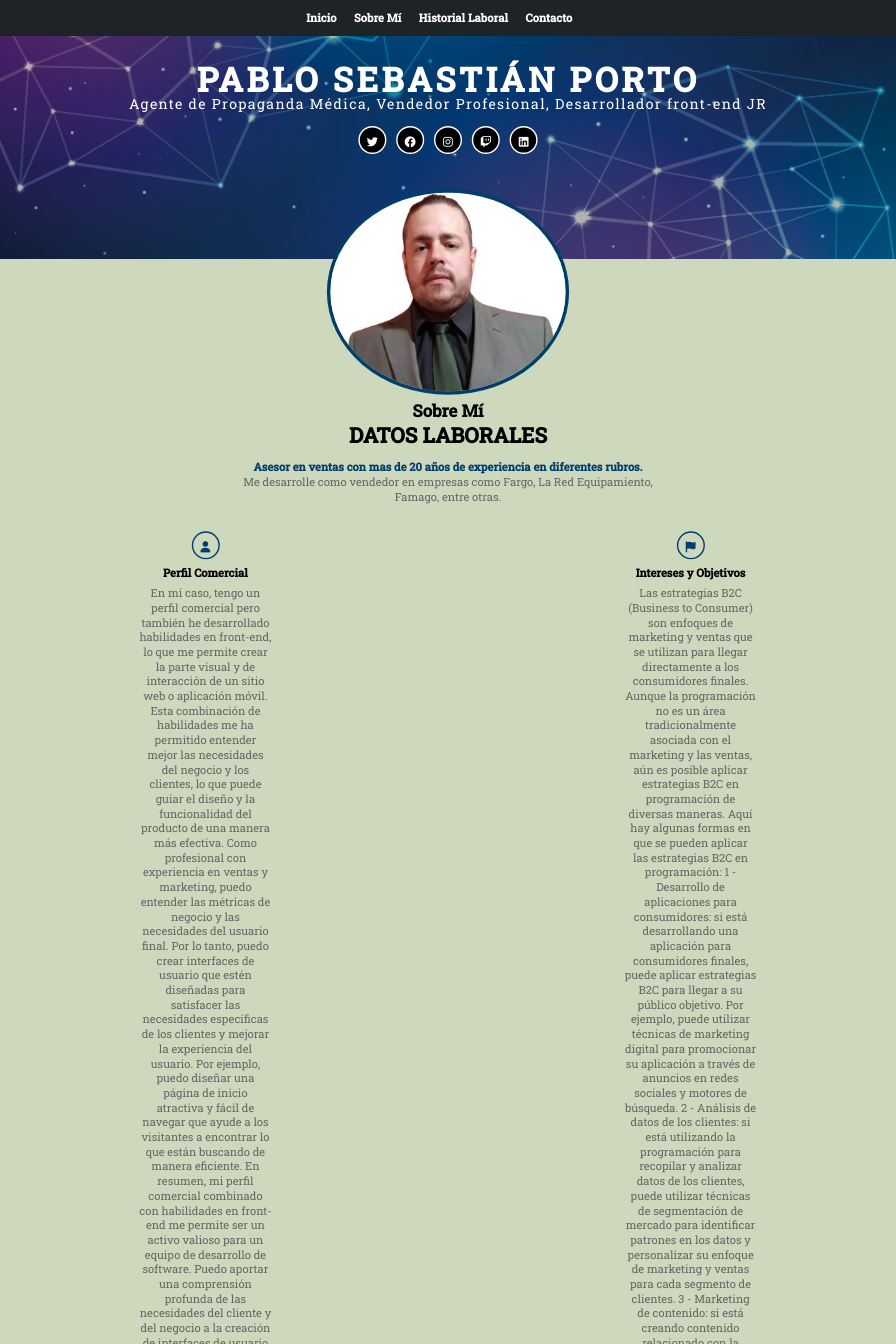
Repository: PabloSebastianPorto/Entrega-CV-1-ARG-PROG
Page: CVFINAL/CVfinal.HTML
An editor plug-in stored every save of this project. The page is shown before and after the next save, followed by the edit.
The browser window is 1280 px wide. The pictures show the part of the page from y = 0 to 1920 px (the page is 4143 px tall before and 4122 px after), at 70% of full size.
Some web libraries are served in a nearby version.

Above is the page before, as saved 2023-02-28 12:39:42.
Console error: TypeError: Cannot read properties of null (reading 'appendChild')

### CVFINAL/CVfinal.HTML
<!DOCTYPE html>
<html lang="es">
  <head>
    <meta charset="UTF-8" />
    <meta http-equiv="X-UA-Compatible" content="IE=edge" />
    <meta name="viewport" content="width=device-width, initial-scale=1.0" />
    <title>Document</title>
    <link
      rel="stylesheet"
      href="https://cdnjs.cloudflare.com/ajax/libs/font-awesome/6.3.0/css/all.min.css"
      integrity="sha512-SzlrxWUlpfuzQ+pcUCosxcglQRNAq/DZjVsC0lE40xsADsfeQoEypE+enwcOiGjk/bSuGGKHEyjSoQ1zVisanQ=="
      crossorigin="anonymous"
      referrerpolicy="no-referrer"
    />
    <link rel="stylesheet" href="CVfinal.css" />
    <title>CV Pablo Sebastián Porto</title>
  </head>
  <body>
    <section class="inicio" id="inicio">
      <div class="contenido-seccion">
        <header>
          <div class="nav-clas"></div>
          <i class="fa-solid fa-bars"></i>
          <nav id="nav" class="nav">
            <a href="#Inicio">Inicio</a>
            <a href="#Sobre Mí">Sobre Mí</a>
            <a href="#Historial">Historial Laboral</a>
            <a href="#Contacto">Contacto</a>
          </nav>
        </header>
        <div class="info">
          <h1>PABLO SEBASTIÁN PORTO</h1>
          <h2>
            Agente de Propaganda Médica, Vendedor Profesional, Desarrollador
            front-end JR
          </h2>
          <div class="redes">
            <a href="#"><i class="fa-brands fa-twitter"></i></a>
            <a href="#"><i class="fa-brands fa-facebook"></i></a>
            <a href="#"><i class="fa-brands fa-instagram"></i></a>
            <a href="#"><i class="fa-brands fa-twitch"></i></a>
            <a href="#"><i class="fa-brands fa-linkedin"></i></a>
          </div>
        </div>
        <div class="foto">
          <img
            src="IMG/CVfoto.jpg"
            alt="Aca va una imagen, pero se la robaron"
          />
        </div>
      </div>
    </section>
    <section class="sobremi" id="sobremi">
      <div class="contenido-seccion">
        <h2 class="titulo-seccion">Sobre Mí</h2>
        <h3>Datos Laborales</h3>
        <p class="especial">
          Asesor en ventas con mas de 20 años de experiencia en diferentes
          rubros.
        </p>
        <p>
          Me desarrolle como vendedor en empresas como Fargo, La Red
          Equipamiento, Famago, entre otras.
        </p>
        <div class="fila">
          <div class="col">
            <i class="fa-solid fa-user"></i>
            <span class="titulo-detalle">Perfil Comercial</span>
            <p>
              En mi caso, tengo un perfil comercial pero también he desarrollado
              habilidades en front-end, lo que me permite crear la parte visual
              y de interacción de un sitio web o aplicación móvil. Esta
              combinación de habilidades me ha permitido entender mejor las
              necesidades del negocio y los clientes, lo que puede guiar el
              diseño y la funcionalidad del producto de una manera más efectiva.
              Como profesional con experiencia en ventas y marketing, puedo
              entender las métricas de negocio y las necesidades del usuario
              final. Por lo tanto, puedo crear interfaces de usuario que estén
              diseñadas para satisfacer las necesidades específicas de los
              clientes y mejorar la experiencia del usuario. Por ejemplo, puedo
              diseñar una página de inicio atractiva y fácil de navegar que
              ayude a los visitantes a encontrar lo que están buscando de manera
              eficiente. En resumen, mi perfil comercial combinado con
              habilidades en front-end me permite ser un activo valioso para un
              equipo de desarrollo de software. Puedo aportar una comprensión
              profunda de las necesidades del cliente y del negocio a la
              creación de interfaces de usuario atractivas y efectivas que
              satisfagan los objetivos comerciales y las necesidades de los
              usuarios finales.
            </p>
          </div>
          <div class="col">
            <i class="fa-solid fa-flag"></i>
            <span class="titulo-detalle">Intereses y Objetivos</span>
            <p>
              Las estrategias B2C (Business to Consumer) son enfoques de
              marketing y ventas que se utilizan para llegar directamente a los
              consumidores finales. Aunque la programación no es un área
              tradicionalmente asociada con el marketing y las ventas, aún es
              posible aplicar estrategias B2C en programación de diversas
              maneras. Aquí hay algunas formas en que se pueden aplicar las
              estrategias B2C en programación: 1 - Desarrollo de aplicaciones
              para consumidores: si está desarrollando una aplicación para
              consumidores finales, puede aplicar estrategias B2C para llegar a
              su público objetivo. Por ejemplo, puede utilizar técnicas de
              marketing digital para promocionar su aplicación a través de
              anuncios en redes sociales y motores de búsqueda. 2 - Análisis de
              datos de los clientes: si está utilizando la programación para
              recopilar y analizar datos de los clientes, puede utilizar
              técnicas de segmentación de mercado para identificar patrones en
              los datos y personalizar su enfoque de marketing y ventas para
              cada segmento de clientes. 3 - Marketing de contenido: si está
              creando contenido relacionado con la programación, puede aplicar
              estrategias B2C para llegar a su audiencia objetivo. Por ejemplo,
              puede utilizar técnicas de SEO para optimizar su contenido para
              los motores de búsqueda y atraer a más consumidores finales. 4 -
              Comunicación directa con los clientes: si está desarrollando
              software o aplicaciones para empresas que luego serán utilizadas
              por consumidores finales, puede aplicar estrategias B2C para
              mejorar la comunicación directa con los clientes. Por ejemplo,
              puede utilizar herramientas de chat en vivo para permitir que los
              clientes se comuniquen directamente con su equipo de soporte
              técnico. En resumen, aunque la programación no está directamente
              relacionada con el marketing y las ventas, aún es posible aplicar
              estrategias B2C en programación para llegar a los consumidores
              finales de diversas maneras.
            </p>
          </div>
        </div>
      </div>
    </section>
    <section class="resumen" id="resumen">
      <div class="contenido-seccion">
        <h2 class="titulo-seccion">Resumen</h2>
        <h3>Mi preparación y experiencia</h3>
        <div class="info">
          <div class="col">
            <span class="titulo">Educación</span>
            <table>
              <tr>
                <td class="datos">
                  <h3>2000 - 2003</h3>
                </td>
                <td rowspan="2" class="descripcion">
                  El Agente de Propaganda Médica (APM) es una persona capacitada para realizar la gestión estratégica de marketing, la aplicación de tácticas y estrategias comerciales y la identificación de requerimientos acerca de novedades farmacológicas solicitadas por los profesionales médicos.
                </td>
              </tr>
              <tr>
                <td>
                  <h4>Agente de Propaganda Médica</h4>
                  <p>Instituto de Agentes de Propaganda Médica</p>
                  <span class="promedio">4.2 / 5</span>
                </td>
              </tr>
            </table>
            <table>
              <tr>
                <td class="datos">
                  <h3>2022 - 2023</h3>
                </td>
                <td rowspan="2" class="descripcion">
                  Estudiante de programación FullStack en el programa nacional "Argentina Programa 4.0" junto a la Academia Ticmas.
                </td>
              </tr>
              <tr>
                <td>
                  <h4>Programador FS en curso</h4>
                  <p>Argentina Programa</p>
                  </td>
              </tr>
            </table>
          </div>
          <div class="col">
            <span class="titulo">Experiencia Laboral</span>
            <table>
              <tr>
                <td class="datos">
                  <h3>13 Años</h3>
                </td>
                <td rowspan="2" class="descripcion">
                  Fargo es el principal productor y distribuidor de pan y productos de panificación en Argentina, la empresa vende sus productos bajo las marcas FARGO®, LACTAL® y ALL NATURAL®, entre otras, por los canales de mayoreo, minoristas e institucionales.
                </td>
              </tr>
              <tr>
                <td>
                  <h4>Fargo</h4>
                  <p>Vendedor</p>
                </td>
              </tr>
            </table>
            <table>
              <tr>
                <td class="datos">
                  <h3>6 Años</h3>
                </td>
                <td rowspan="2" class="descripcion">
                  Empresas líderes en equipamiento comercial, gastronómico y linea de hogar.
                </td>
              </tr>
              <tr>
                <td>
                  <h4>La Red, Famago.</h4>
                  <p>Jefe de Ventas</p>
                </td>
              </tr>
            </table>
          </div>
        </div>
      </div>
    </section>
    <section class="contacto" id="contacto">
      <div class="contenido-seccion">
        <h2 class="titulo-seccion">Contacto</h2>
        <h3>Comunicate conmigo ahora mismo!</h3>

        <div class="fila">
          <div class="col">
            <h2><i class="fa-solid fa-phone"></i> Teléfono</h2>
            <span class="info-contacto">3413152496</span>
          </div>
          <div class="col">
            <h2><i class="fa-solid fa-envelope"></i> Correo</h2>
            <span class="info-contacto">pablosebastianporto@gmail.com</span>
          </div>
         </div>
      </div>
    </section>
    </section>
    <script src="CV2.js"></script>
  </body>
</html>

### CVFINAL/CVfinal.css
@import url("https://fonts.googleapis.com/css2?family=Roboto+Slab:wght@100;200;300;400;500&display=swap");
* {
  box-sizing: border-box;
  font-family: "Roboto Slab", serif;
  margin: 0;
  padding: 0;
}
html {
  box-sizing: border-box;
  font-family: "Roboto Slab", serif;
  margin: 0;
  padding: 0;
}
html {
  scroll-behavior: smooth;
}
.inicio {
  background: linear-gradient(rgba(0, 0, 0, 0.3), rgba(0, 0, 0, 0.3)),
    url(IMG/imagen-fondo.jpg);
  background-size: cover;
  background-position: center center;
  color: #ffffff;
}
.inicio .contenido-seccion {
  max-width: 1000px;
  margin: auto;
  text-align: center;
  padding: 0 10px;
}
.inicio .contenido-seccion header {
  padding: 30px;
}
.inicio .contenido-seccion header nav {
  background: #1e2326;
  position: fixed;
  width: 100%;
  top: 0;
  left: 0;
  z-index: 99;
  display: flex;
  justify-content: center;
}
.inicio .contenido-seccion header nav a {
  display: block;
  color: #ffffff;
  text-decoration: none;
  margin-bottom: 15px;
  margin-top: 15px;
  margin-right: 25px;
  font-weight: bold;
}
.inicio .contenido-seccion header nav a:hover {
  color: #ced8bc;
  transition: color 0.3s ease;
}
.inicio .contenido-seccion .info {
  padding-bottom: 130px;
}
.inicio .contenido-seccion .info h1 {
  font-size: 3rem;
  letter-spacing: 5px;
}
.inicio .contenido-seccion .info h2 {
  font-weight: normal;
  font-size: 20px;
  margin-top: -10px;
  letter-spacing: 2px;
}
.inicio .contenido-seccion .info .redes {
  margin: 20px 0;
}
.inicio .contenido-seccion .info .redes a {
  display: inline-block;
  text-decoration: none;
  background-color: #000;
  color: #ffffff;
  border: 2px solid #ffffff;
  border-radius: 50%;
  width: 40px;
  height: 40px;
  line-height: 40px;
  margin: 0 5px;
  transition: 0.3s;
}
.inicio .contenido-seccion .info .redes a:hover {
  color: #fff;
  background-color: #003e6c;
  box-shadow: 0 0 20px #fff;
}
.inicio .contenido-seccion .foto {
  position: relative;
}
.inicio .contenido-seccion .foto img {
  max-width: 350px;
  max-height: 350px;
  border-radius: 50%;
  border: 5px solid #003e6c;
  position: absolute;
  left: 50%;
  top: -100px;
  transform: translateX(-50%);
}
.sobremi {
  background-color: #ced8bc;
  padding: 200px 0 200px 0;
  text-align: center;
}
.sobremi .contenido-seccion {
  max-width: 3000px;
  margin: auto;
  padding: 0 10px;
}
.sobremi .contenido-seccion h3 {
  text-transform: uppercase;
  font-size: 30px;
}
.sobremi .contenido-seccion .especial {
  color: #003e6c;
  font-weight: bold;
  margin-top: 15px;
}
.sobremi .contenido-seccion p {
  max-width: 1000px;
  margin: auto;
  color: #666;
  padding-left: 5cm;
  padding-right: 5cm;
}
.sobremi .contenido-seccion .fila {
  display: flex;
  margin-top: 40px;
  justify-content: space-between;
}
.sobremi .contenido-seccion .fila .col {
  width: 45%;
}
.sobremi .contenido-seccion .fila .col i {
  color: #003e6c;
  display: inline-block;
  width: 40px;
  height: 40px;
  border: 2px solid #003e6c;
  line-height: 40px;
  border-radius: 50%;
}
.sobremi .contenido-seccion .fila .col span {
  display: block;
  font-weight: bold;
  margin: 8px 0;
}
.resumen {
  background-color: #e6e6e6;
  padding: 140px 0 100px 0;
  text-align: center;
}
.resumen .contenido-seccion {
  max-width: 1000px;
  margin: auto;
  padding: 0 10px;
}
.resumen .contenido-seccion h3 {
  text-transform: uppercase;
  font-size: 30px;
}
.resumen .contenido-seccion .info {
  text-align: left;
  display: flex;
  justify-content: space-between;
  margin-top: 30px;
}
.resumen .contenido-seccion .info .col {
  width: 45%;
}
.resumen .contenido-seccion .info .col .titulo {
  display: inline-block;
  color: #003e6c;
  font-weight: bold;
  border: 2px solid #003e6c;
  padding: 10px;
}
.resumen .contenido-seccion .info .col table {
  margin-top: 30px;
  border-collapse: collapse;
}
.resumen .contenido-seccion .info .col table .datos {
  width: 40%;
  border-bottom: 1px solid #bab9b9;
}
.resumen .contenido-seccion .info .col table h4 {
  margin-top: 10px;
}
.resumen .contenido-seccion .info .col table h3 {
  font-size: 20px;
  margin-bottom: 5px;
}
.resumen .contenido-seccion .info .col table p {
  font-size: 14px;
}
.resumen .contenido-seccion .info .col table .promedio {
  display: block;
  color: #003e6c;
  margin-top: 10px;
  font-weight: bold;
}
.resumen .contenido-seccion .info .col table .descripcion {
  border-left: 1px solid #bab9b9;
  padding-left: 20px;
}
.contacto {
  background-color: #ced8bc;
  padding: 140px 0 100px 0;
  color: #000000;
  text-align: center;
}
.contacto .contenido-seccion {
  max-width: 1000px;
  margin: auto;
  padding: 0 10px;
}
.contacto .contenido-seccion h3 {
  text-transform: uppercase;
  font-size: 30px;
}
.contacto .contenido-seccion .fila {
  display: flex;
  justify-content: space-around;
}
.contacto .contenido-seccion .fila .col {
  margin-top: 50px;
}
.contacto .contenido-seccion .fila .col h2 {
  color: #003e6c;
}
@media screen and (max-width: 800px) {
  .habilidades .contenido-seccion .fila {
    display: block;
  }
  .habilidades .contenido-seccion .fila .col {
    width: 100%;
    text-align: center;
  }
  .habilidades .contenido-seccion .fila .col .cont-barra {
    justify-content: center;
  }
  .sobremi .contenido-seccion .fila {
    display: block;
  }
  .sobremi .contenido-seccion .fila .col {
    width: 80%;
    margin: auto;
    margin-top: 20px;
  }
  .resumen .contenido-seccion .info {
    display: block;
  }
  .resumen .contenido-seccion .info .col {
    width: 90%;
    margin: auto;
  }
  .resumen .contenido-seccion .info .col .titulo {
    display: block;
    text-align: center;
  }
  .resumen .contenido-seccion .info .col table {
    margin-top: 10px;
    margin-bottom: 30px;
  }
  .contacto .contenido-seccion .fila {
    display: block;
  }
}

### CVFINAL/CV2.js
var menu_visible = false;
let menu = document.getElementById("nav");
function mostrarOcultarMenu() {
  if (menu_visible == false) {
    //si esta oculto
    menu.style.display = "block";
    menu_visible = true;
  } else {
    menu.style.display = "none";
    menu_visible = false;
  }
}
//oculto el menu una vez que selecciono una opción
let links = document.querySelectorAll("nav a");
for (var x = 0; x < links.length; x++) {
  links[x].onclick = function () {
    menu.style.display = "none";
    menu_visible = false;
  };
}

//Creo las barritas de una barra particular identificada por su id
function crearBarra(id_barra) {
  for (i = 0; i <= 16; i++) {
    let div = document.createElement("div");
    div.className = "e";
    id_barra.appendChild(div);
  }
}

//selecciono todas las barras generales par aluego manipularlas
let html = document.getElementById("html");
crearBarra(html);
let javascript = document.getElementById("javascript");
crearBarra(javascript);
let wordpress = document.getElementById("wordpress");
crearBarra(wordpress);
let photoshop = document.getElementById("photoshop");
crearBarra(photoshop);
let php = document.getElementById("php");
crearBarra(php);
let ilustrator = document.getElementById("ilustrator");
crearBarra(ilustrator);

//Ahora voy a guardar la cantidad de barritas que se van a ir pintando por cada barar
//para eso utilizo un arreglo, cada posiciòn pertenece a un elemento
//comienzan en -1 porque no tiene ninguna pintada al iniciarse
let contadores = [-1, -1, -1, -1, -1, -1];
//esta variable la voy a utilizar de bandera para saber si ya ejecuto la animación
let entro = false;

//función que aplica las animaciones de la habilidades
function efectoHabilidades() {
  var habilidades = document.getElementById("habilidades");
  var distancia_skills =
    window.innerHeight - habilidades.getBoundingClientRect().top;
  if (distancia_skills >= 300 && entro == false) {
    entro = true;
    const intervalHtml = setInterval(function () {
      pintarBarra(html, 16, 0, intervalHtml);
    }, 100);
    const intervalJavascript = setInterval(function () {
      pintarBarra(javascript, 11, 1, intervalJavascript);
    }, 100);
    const intervalWordpress = setInterval(function () {
      pintarBarra(wordpress, 11, 2, intervalWordpress);
    }, 100);
    const intervalPhotoshop = setInterval(function () {
      pintarBarra(photoshop, 15, 3, intervalPhotoshop);
    }, 100);
    const intervalPhp = setInterval(function () {
      pintarBarra(php, 16, 4, intervalPhp);
    }, 100);
    const intervalIlustrator = setInterval(function () {
      pintarBarra(ilustrator, 11, 5, intervalIlustrator);
    }, 100);
  }
}

//lleno una barra particular con la cantidad indicada
function pintarBarra(id_barra, cantidad, indice, interval) {
  contadores[indice]++;
  x = contadores[indice];
  if (x < cantidad) {
    let elementos = id_barra.getElementsByClassName("e");
    elementos[x].style.backgroundColor = "#940253";
  } else {
    clearInterval(interval);
  }
}

//detecto el scrolling del mouse para aplicar la animación de la barra
window.onscroll = function () {
  efectoHabilidades();
};

After the next save:
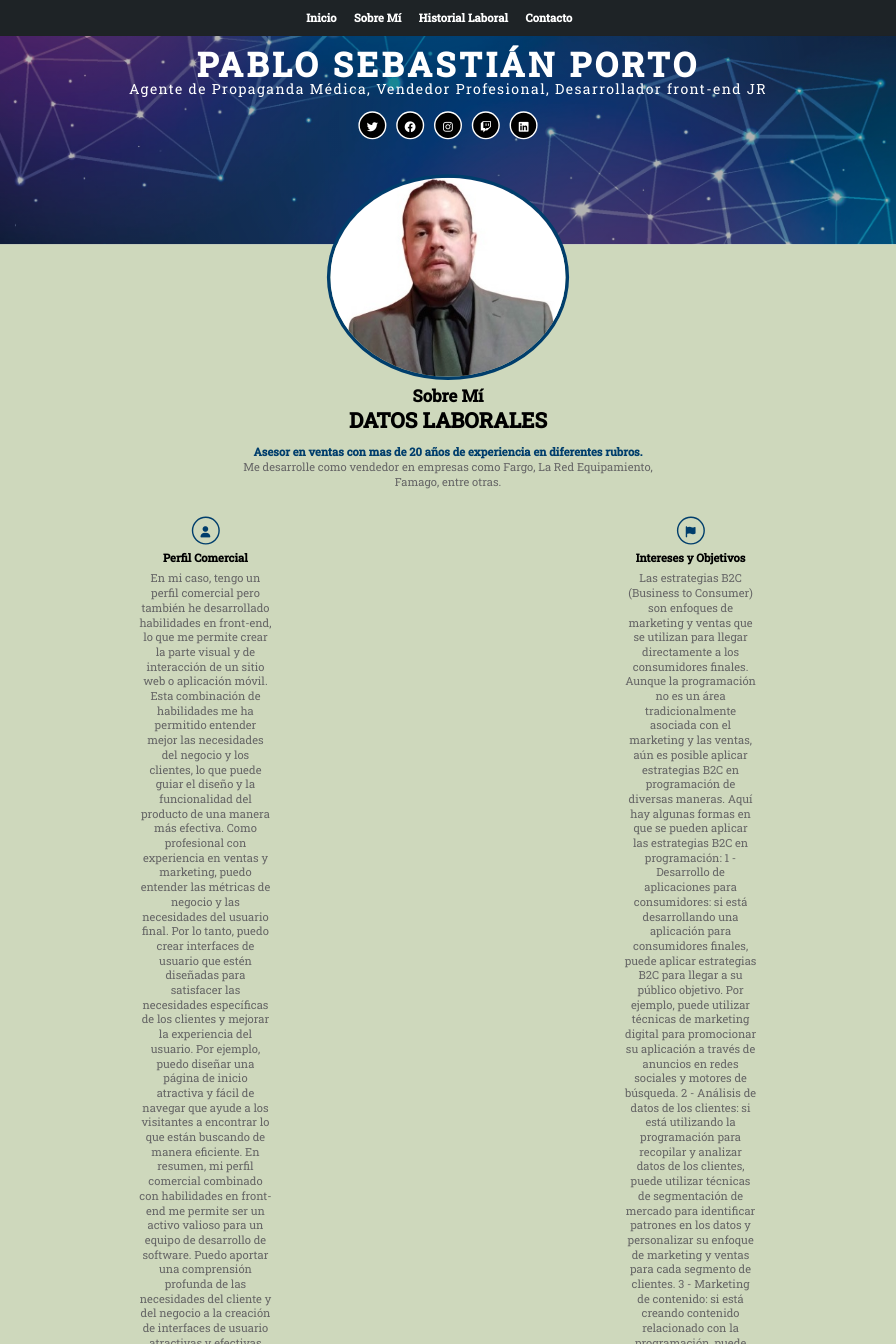
Saved 7 min 22 s later.
--- a/CVFINAL/CVfinal.HTML
+++ b/CVFINAL/CVfinal.HTML
@@ -19,8 +19,7 @@
     <section class="inicio" id="inicio">
       <div class="contenido-seccion">
         <header>
-          <div class="nav-clas"></div>
-          <i class="fa-solid fa-bars"></i>
+
           <nav id="nav" class="nav">
             <a href="#Inicio">Inicio</a>
             <a href="#Sobre Mí">Sobre Mí</a>
